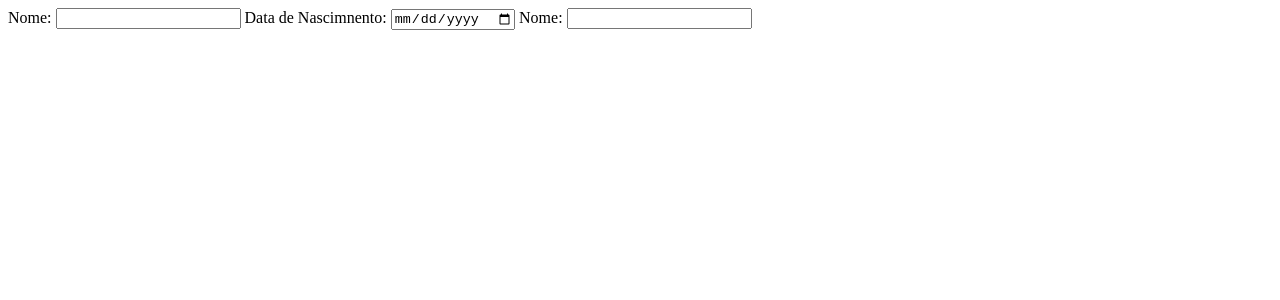
Repository: HigorRoc/Uninove_2021.1_AplicacaoWebQuarta
Page: usersManager/WebContent/formCadastro.html
The author's editor kept a copy of each file at every save. The page is drawn from the files as they stood at one save, then again after the next save.
The browser window is 1280 px wide. The pictures show the whole page.

Above is the page before, as saved 2021-05-13 00:14:12.

### usersManager/WebContent/formCadastro.html
<!DOCTYPE html>
<html>
<head>
<meta charset="ISO-8859-1">
<title>Cadastro</title>
</head>
<body>
	<form>
		Nome: <input type="text" name="txtnome">
		Data de Nascimnento: <input type="date" name="txtdatanascimento">
		Nome: <input type=" name="txtnome">
	</form>
</body>
</html>

After the next save:
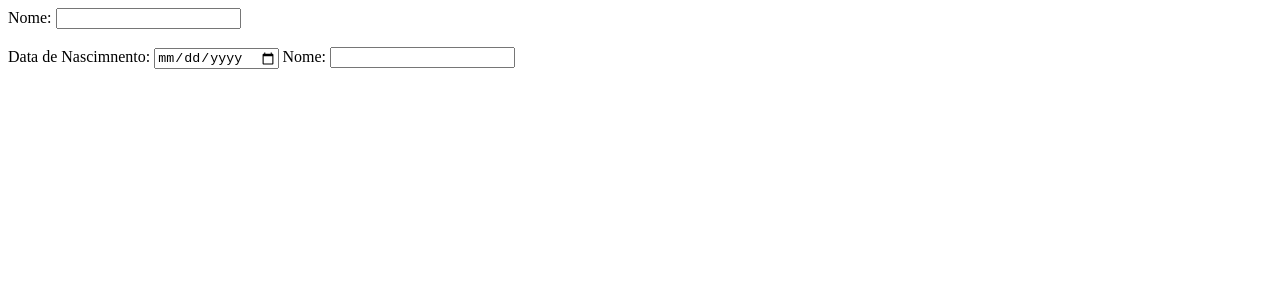
Saved 4 s later.
--- a/usersManager/WebContent/formCadastro.html
+++ b/usersManager/WebContent/formCadastro.html
@@ -6,7 +6,7 @@
 </head>
 <body>
 	<form>
-		Nome: <input type="text" name="txtnome">
+		Nome: <input type="text" name="txtnome"><br><br>
 		Data de Nascimnento: <input type="date" name="txtdatanascimento">
 		Nome: <input type=" name="txtnome">
 	</form>
